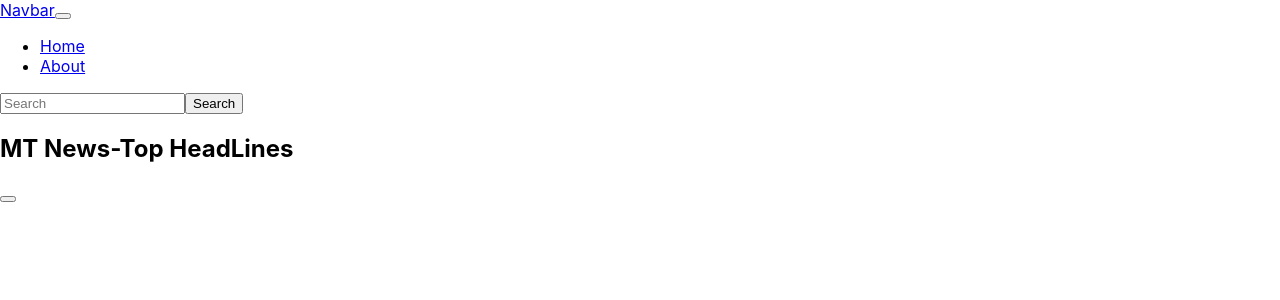
Repository: professorsourabh/news_website_using-ReactJS
Page: /
These files come from the project's save history. The page is drawn as it stood at one moment and after the next save; the edit follows.
The browser window is 1280 px wide. The pictures show the whole page.
The page's requests for data from a server got no answer. The project was rebuilt for these pictures with package versions that can differ from the ones it lists, and the page was loaded fresh each time. No one was signed in, and anything a server would have sent is missing. Also part of the build but not shown: src/App.css, src/Components/NewsaItem.js.

Above is the page before, as saved 2023-05-14 10:31:45.

After the next save:
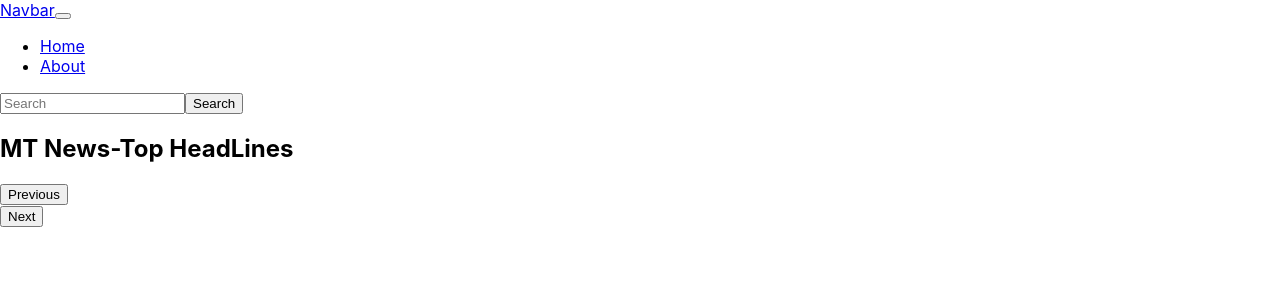
Saved 38 s later.
--- a/src/Components/News.js
+++ b/src/Components/News.js
@@ -34,7 +34,10 @@
         })}
         </div>
         <div className="container">
-          <button type='button' className='btn btn-info'></button>
+          <button type='button' className='btn btn-info'>Previous</button>
+        </div>
+        <div className="container">
+          <button type='button' className='btn btn-info'>Next</button>
         </div>
 
 
